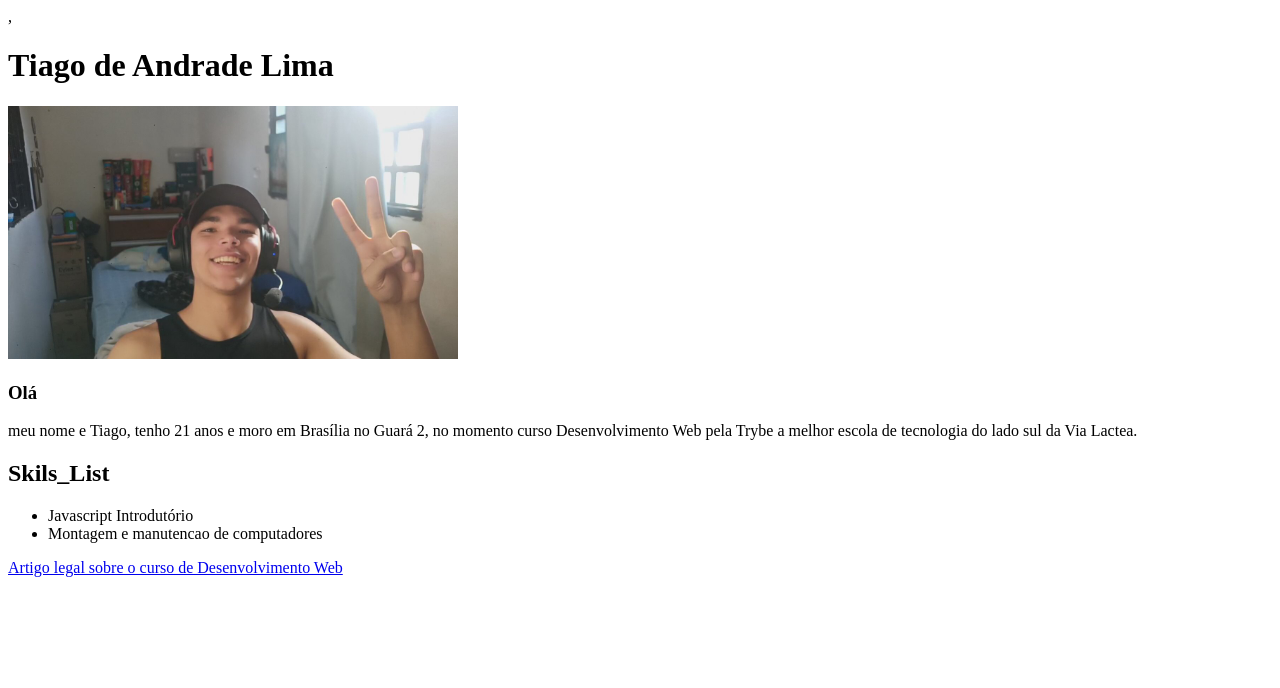
Repository: Batatiago/Batatiago.github.io
Page: index.html
These files come from the project's save history. The page is drawn as it stood at one moment and after the next save; the edit follows.
The browser window is 1280 px wide. The pictures show the whole page.

Above is the page before, as saved 2023-06-27 12:21:07.

After the next save:
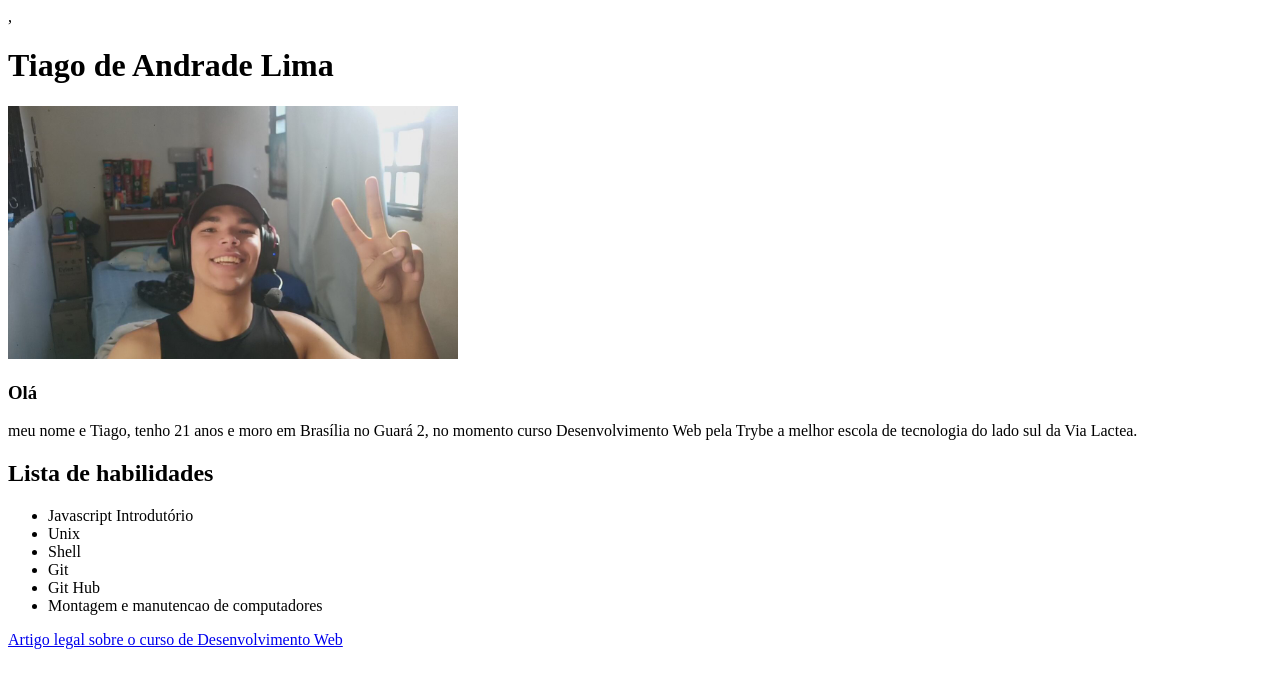
Saved 36 min 6 s later.
--- a/index.html
+++ b/index.html
@@ -12,9 +12,13 @@
   <h3>Olá</h3>
   <p class="descricao"> meu nome e Tiago, tenho 21 anos e moro em Brasília no Guará 2, no momento curso Desenvolvimento
     Web pela Trybe a melhor escola de tecnologia do lado sul da Via Lactea.</p>
-  <h2>Skils_List</h2>
+  <h2>Lista de habilidades</h2>
   <ul>
     <li class="javascript">Javascript Introdutório</li>
+    <li class="unix">Unix</li>
+    <li class="shell">Shell</li>
+    <li class="git">Git</li>
+    <li class="gitHub">Git Hub</li>
     <li>Montagem e manutencao de computadores</li>
   </ul>
   <a href="https://blog.betrybe.com/carreira/frontend/" target="_blank">Artigo legal sobre o curso de Desenvolvimento
